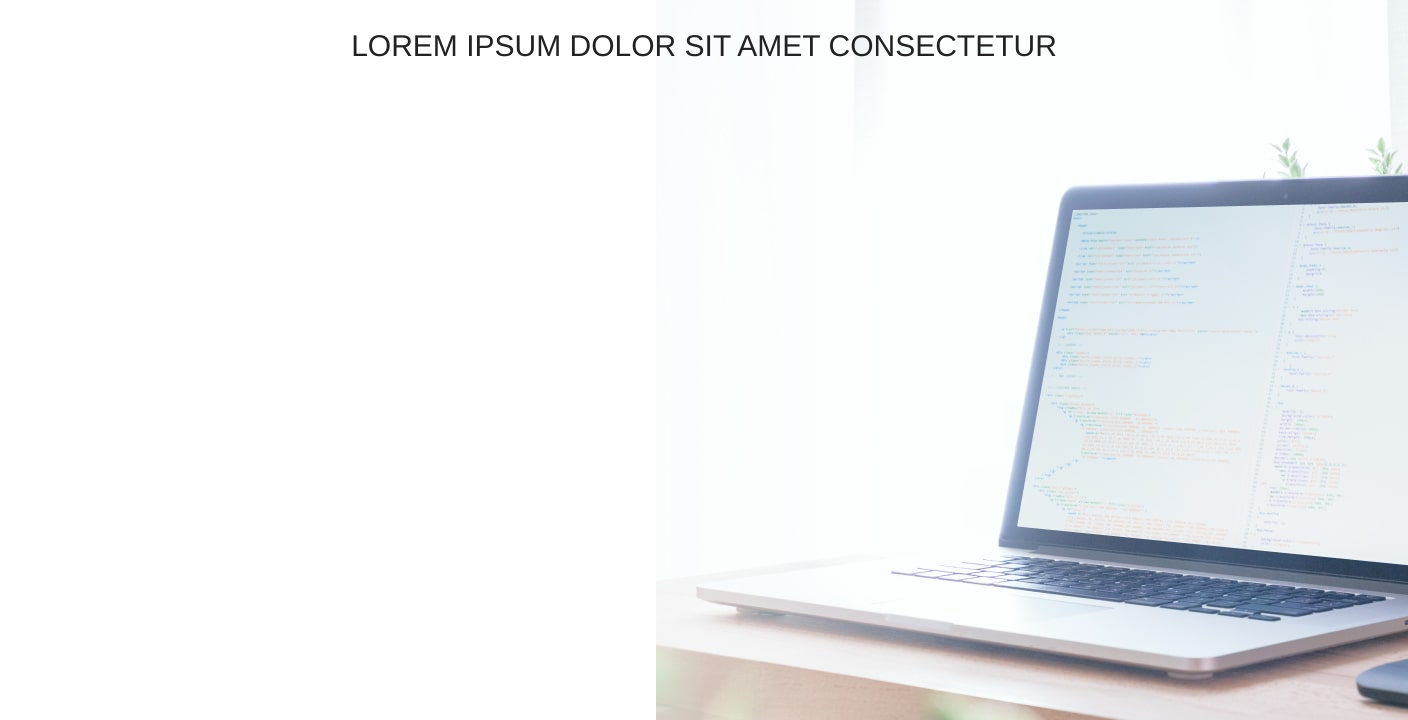
Repository: iKrekus/HTMLAcademy-mysite
Page: test.html
These files come from the project's save history. The page is drawn as it stood at one moment and after the next save; the edit follows.
The browser window is 1280 px wide. The page is 1408 px wide, so the pictures cover 1408 px, including what lies to the right of the window. The pictures show the whole page.

Above is the page before, as saved 2022-09-28 17:54:10.

After the next save:
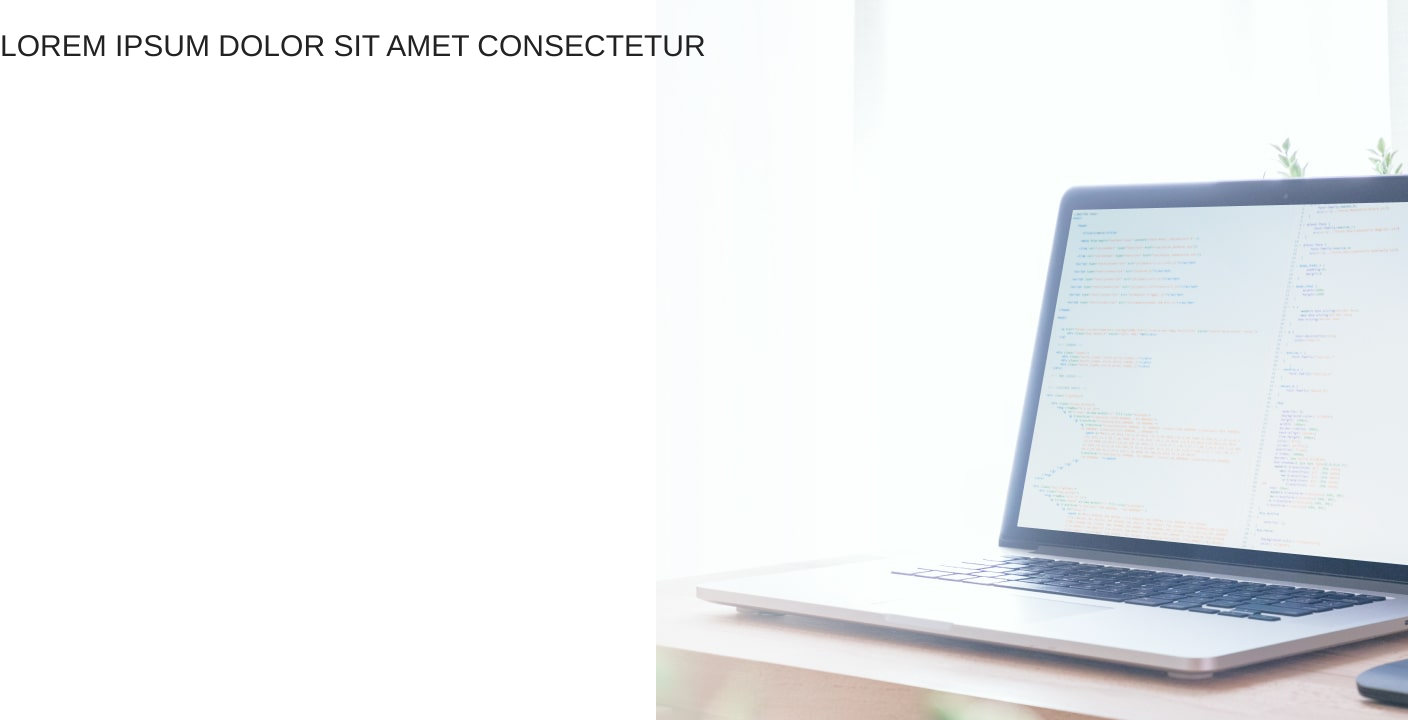
Saved 30 s later.
--- a/style.css
+++ b/style.css
@@ -360,7 +360,7 @@ body {
   text-align: center;
   text-shadow: -15px -25px 0px 0px black;
 }
-.midle-box{
+.middle-box{
 display: flex;
 align-items: center;
 height: auto;
